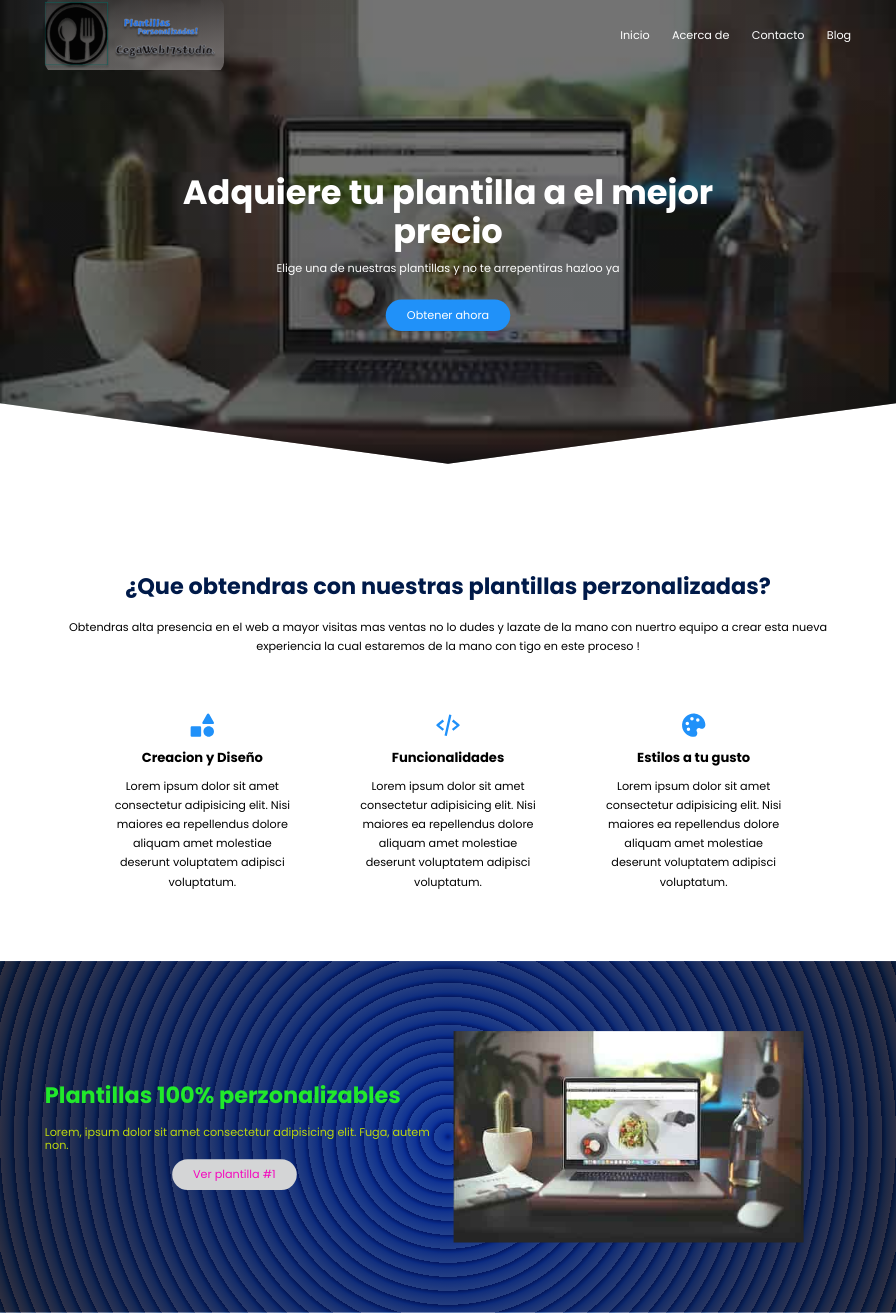
Repository: cega17/una-pagina-web
Page: index.html
These files come from the project's save history. The page is drawn as it stood at one moment and after the next save; the edit follows.
The browser window is 1280 px wide. The pictures show the whole page, at 70% of full size.
The pointer rests on the first visible `.cta__knowledge`.

Above is the page before, as saved 2023-10-30 10:14:22.

### index.html
<!DOCTYPE html>
<html lang="en">
<head>
    <meta charset="UTF-8">
    <meta http-equiv="X-UA-Compatible" content="IE=edge">
    <meta name="viewport" content="width=device-width, initial-scale=1.0">
    <title>Una pagina web</title>
    <link rel="stylesheet" href="./css/normalize.css">
    <link rel="stylesheet" href="./css/styles.css">
    <link rel="icon" href="./imgs/logo.ico">
    <meta name="theme-color" content="#2091F9">

    <meta name="title" content="Obten la plantilla para tu negocio">
    <meta name="description"
        content="Hola, somos un equipo de desarrollo web que verás cuando busques algo de mi temática en Google.">
        <meta property="og:type" content="website">
    <meta property="og:url" content="Tu cueta donde este alojada la pagina web">

</head>
<body>

    <header class="hero">
        <nav class="nav container">
            <div class="nav__logo">
                <img src="./imgs/logo.ico" alt="" class="nav__title">
            </div>

            <ul class="nav__link nav__link--menu">
                <li class="nav__items">Inicio</li>
                <li class="nav__items">Acerca de</li>
                <li class="nav__items">Contacto</li>
                <li class="nav__items">Blog</li>

                <img src="./imgs/close.svg" alt="" class="nav__close">

            </ul>
            <div class="nav__menu">
                <img src="./imgs/menu.svg" alt="" class="nav__img">
            </div>
        </nav>

        <section class="hero__container container">
            <h1 class="hero__title">Adquiere tu plantilla a el mejor precio</h1>
            <p class="hero__paragraph">Elige una de nuestras plantillas y no te arrepentiras hazloo ya</p>
            <a href="#" class="cta">Obtener ahora</a>

        </section>

    </header>

    <main>

        <section class="container about">
            <h2 class="subtitle">¿Que obtendras con nuestras plantillas perzonalizadas?</h2>

            <p class="about__paragraph">Obtendras alta presencia en el web a mayor visitas mas ventas no lo dudes y lazate de la mano con nuertro equipo a crear esta nueva experiencia la cual estaremos de la mano con tigo en este proceso !
            </p>

            <div class="about__main">

                <article class="about__icons">
                    <img src="./imgs/shapes.svg" alt="" class="about__icon">
                    <h3 class="about__title">Creacion y Diseño</h3>
                    <p class="about__paragraph">Lorem ipsum dolor sit amet consectetur adipisicing elit. Nisi maiores ea repellendus dolore aliquam amet molestiae deserunt voluptatem adipisci voluptatum.</p>
                </article>

                <article class="about__icons">
                    <img src="./imgs/code.svg" alt="" class="about__icon">
                    <h3 class="about__title">Funcionalidades</h3>
                    <p class="about__paragraph">Lorem ipsum dolor sit amet consectetur adipisicing elit. Nisi maiores ea repellendus dolore aliquam amet molestiae deserunt voluptatem adipisci voluptatum.</p>
                </article>

                <article class="about__icons">
                    <img src="./imgs/paint.svg" alt="" class="about__icon">
                    <h3 class="about__title">Estilos a tu gusto </h3>
                    <p class="about__paragraph">Lorem ipsum dolor sit amet consectetur adipisicing elit. Nisi maiores ea repellendus dolore aliquam amet molestiae deserunt voluptatem adipisci voluptatum.</p>
                </article>

            </div>
        </section>

        <section class="knowledge">
            <div class="knowledge__container container">
                <div class="knowledge__texts">
                    <h2 class="subtitle__knowledge">Plantillas 100% perzonalizables</h2>
                    <p class="knowledge__paragraph2">Lorem, ipsum dolor sit amet consectetur adipisicing elit. Fuga, autem non.</p>
                    <a href="" class="cta__knowledge">Ver plantilla #1</a>
                </div>
                <figure class="knowledge__picture">
                    <img src="./imgs/fondo-una-pagina.jpg" class="knowledge__img" alt="">
                </figure>
            </div>
        </section>


    </main>

</body>
</html>

### css/styles.css
@import url('https://fonts.googleapis.com/css2?family=Poppins:wght@300;400;600;700&display=swap');

:root {
    --padding-container: 100px 0;
    --color-title: #001A49;
}

body {
    font-family: 'Poppins', sans-serif;
}
.container{
    width: 90%;
    max-width: 1200px;
    margin: 0 auto;
    overflow: hidden;
    padding: var(--padding-container);
}

.hero{

    width: 100%;
    height: 100vh;
    min-height: 600px;
    max-height: 800px;
    position: relative;
    display: grid;
    grid-template-rows: 100px 1fr;
    color: #fff;
}

.hero::before{
    content: "";
    position: absolute;
    top: 0;
    left: 0;
    width: 100%;
    height: 100%;
    background-image: linear-gradient(180deg, #0000008c 0%, #0000008c 100%), url('../imgs/fondo-una-pagina.jpg');
    background-size: cover;
    clip-path: polygon(0 0, 100% 0, 100% 80%, 50% 92%, 0 80%);
    z-index: -1;
}

/* Inicio de nav*/

.nav{
    --padding-container:0;
    height: 100%;
    display:flex;
    align-items: center;
}
.nav__title{
    font-weight: 300;
}

.nav__link{
    margin-left: auto;
    padding: 0;
    display: grid;
    grid-auto-flow: column;
    grid-auto-columns: max-content;
    gap: 2em;
}
.nav__items{
    list-style: none;
}
.nav__links{
    color:#fff;
    text-decoration: none;
}
.nav__menu{
    margin-left: auto;
    cursor: pointer;
    display:none;
}
.nav__img{
    display: block;
    width: 30px;
}
.nav__close{
    display: var(--show, none);
}

/* fin de nav */

/* Inicio hero container */

.hero__container{
    max-width: 800px;
    --padding-container:0;
    display: grid;
    grid-auto-rows: max-content;
    align-content: center;
    gap: 1em;
    padding-bottom: 100px;
    text-align: center;
}
.nav__logo{
    background:linear-gradient(180deg, #4441418c 0%, #aeaaaa84 100%);
    border-radius:15px;


}
.hero__title{
    font-size: 3rem;

}
.hero__paragraph{
    margin-bottom: 20px;

}
.cta{
    display: inline-block;
    background-color: #2091f9;
    justify-self: center;
    color:#fff;
    text-decoration: none;
    padding:13px 30px ;
    border-radius: 32px;

}
.cta:hover{
    display: inline-block;
    background-color: #d4d5d6;
    justify-self: center;
    color:#f406bd;
    text-decoration: none;
    padding:13px 30px ;
    border-radius: 32px;
}

/* Inicio about */

.about{
    text-align: center;
}
.subtitle{
    color: var( --color-title);
    font-size: 2rem;
    margin-bottom: 25px;
}
.about__paragraph{
    line-height: 1.7;
}
.about__main{
    padding-top: 80px;
    display: grid;
    width: 90%;
    margin: 0 auto;
    gap: 1em;
    overflow: hidden;
    grid-template-columns: repeat(auto-fit, minmax(260px, auto));
}
.about__icons{
    display: grid;
    gap: 1em;
    justify-items: center;
    width: 260px;
    overflow: hidden;
    margin: 0 auto;
}
.about__icon{
    width: 40px;
}

/* Fin about */

/* Inicio knowledge */

.knowledge{
    background-color: #8383a1;
    background-image: radial-gradient(circle at center center, #3d86fc, #5a5a63), repeating-radial-gradient(circle at center center, #1e5fba, #44a9f7, 10px, transparent 20px, transparent 10px);
    background-blend-mode: multiply;
    overflow: hidden;
}

.knowledge__container{
    display: grid;
    grid-template-columns: 1fr 1fr;
    gap: 1em;
    align-items:center;


}
.subtitle__knowledge{
    color: rgb(33, 233, 43);

    font-size: 2rem;
    margin-bottom: 25px;
}
.knowledge__paragraph2{
    color: rgb(189, 216, 14);
    padding-bottom: 10px;
}
.knowledge__picture{
    max-width: 500px;
}
.knowledge__img{
    width: 100%;
    display: block;
}
.cta__knowledge{
    display: inline-block;
    background-color: #2091f9;
    justify-self: center;
    color:#fff;
    text-decoration: none;
    padding:13px 30px ;
    border-radius: 32px;
    margin-left: 32%;

}
.cta__knowledge:hover{
    display: inline-block;
    background-color: #d4d5d6;
    justify-self: center;
    color:#f406bd;
    text-decoration: none;
    padding:13px 30px ;
    border-radius: 32px;
}

### imgs/close.svg
<svg xmlns="http://www.w3.org/2000/svg" width="24" height="24" viewBox="0 0 24 24" style="fill: #fff);transform: ;msFilter:;"><path d="M12 2C6.486 2 2 6.486 2 12s4.486 10 10 10 10-4.486 10-10S17.514 2 12 2zm4.207 12.793-1.414 1.414L12 13.414l-2.793 2.793-1.414-1.414L10.586 12 7.793 9.207l1.414-1.414L12 10.586l2.793-2.793 1.414 1.414L13.414 12l2.793 2.793z"></path></svg>

### imgs/menu.svg
<svg xmlns="http://www.w3.org/2000/svg" width="24" height="24" viewBox="0 0 24 24" style="fill: #fff);transform: ;msFilter:;"><path d="M4 6h16v2H4zm4 5h12v2H8zm5 5h7v2h-7z"></path></svg>

### imgs/shapes.svg
<svg xmlns="http://www.w3.org/2000/svg" width="24" height="24" viewBox="0 0 24 24" style="fill: #2091f9;transform: ;msFilter:;"><path d="M17.867 2.504c-.355-.624-1.381-.623-1.736 0l-3.999 7A1 1 0 0 0 13 11h8a1.001 1.001 0 0 0 .868-1.496l-4.001-7zM3 22h7a1 1 0 0 0 1-1v-7a1 1 0 0 0-1-1H3a1 1 0 0 0-1 1v7a1 1 0 0 0 1 1zm14.5-9c-2.481 0-4.5 2.019-4.5 4.5s2.019 4.5 4.5 4.5 4.5-2.019 4.5-4.5-2.019-4.5-4.5-4.5z"></path></svg>

### imgs/code.svg
<svg xmlns="http://www.w3.org/2000/svg" width="24" height="24" viewBox="0 0 24 24" style="fill:  #2091f9;transform: ;msFilter:;"><path d="m7.375 16.781 1.25-1.562L4.601 12l4.024-3.219-1.25-1.562-5 4a1 1 0 0 0 0 1.562l5 4zm9.25-9.562-1.25 1.562L19.399 12l-4.024 3.219 1.25 1.562 5-4a1 1 0 0 0 0-1.562l-5-4zm-1.649-4.003-4 18-1.953-.434 4-18z"></path></svg>

### imgs/paint.svg
<svg xmlns="http://www.w3.org/2000/svg" width="24" height="24" viewBox="0 0 24 24" style="fill:  #2091f9;transform: ;msFilter:;"><path d="M9.38 21.646A9.985 9.985 0 0 0 12 22l.141-.001a2.998 2.998 0 0 0 2.515-1.425c.542-.876.6-1.953.153-2.88l-.198-.415c-.453-.942-.097-1.796.388-2.281.485-.485 1.341-.841 2.28-.388h.001l.413.199a2.99 2.99 0 0 0 2.881-.153A2.997 2.997 0 0 0 22 12.141a9.926 9.926 0 0 0-.353-2.76c-1.038-3.827-4.353-6.754-8.246-7.285-3.149-.427-6.241.602-8.471 2.833S1.666 10.247 2.096 13.4c.53 3.894 3.458 7.208 7.284 8.246zM15.5 6a1.5 1.5 0 1 1 0 3 1.5 1.5 0 0 1 0-3zm-5-1a1.5 1.5 0 1 1 0 3 1.5 1.5 0 0 1 0-3zM9 15.506a1.5 1.5 0 1 1-3 0 1.5 1.5 0 0 1 3 0zm-2.5-6.5a1.5 1.5 0 1 1-.001 3.001A1.5 1.5 0 0 1 6.5 9.006z"></path></svg>

Loaded but not shown: css/normalize.css (library)

After the next save:
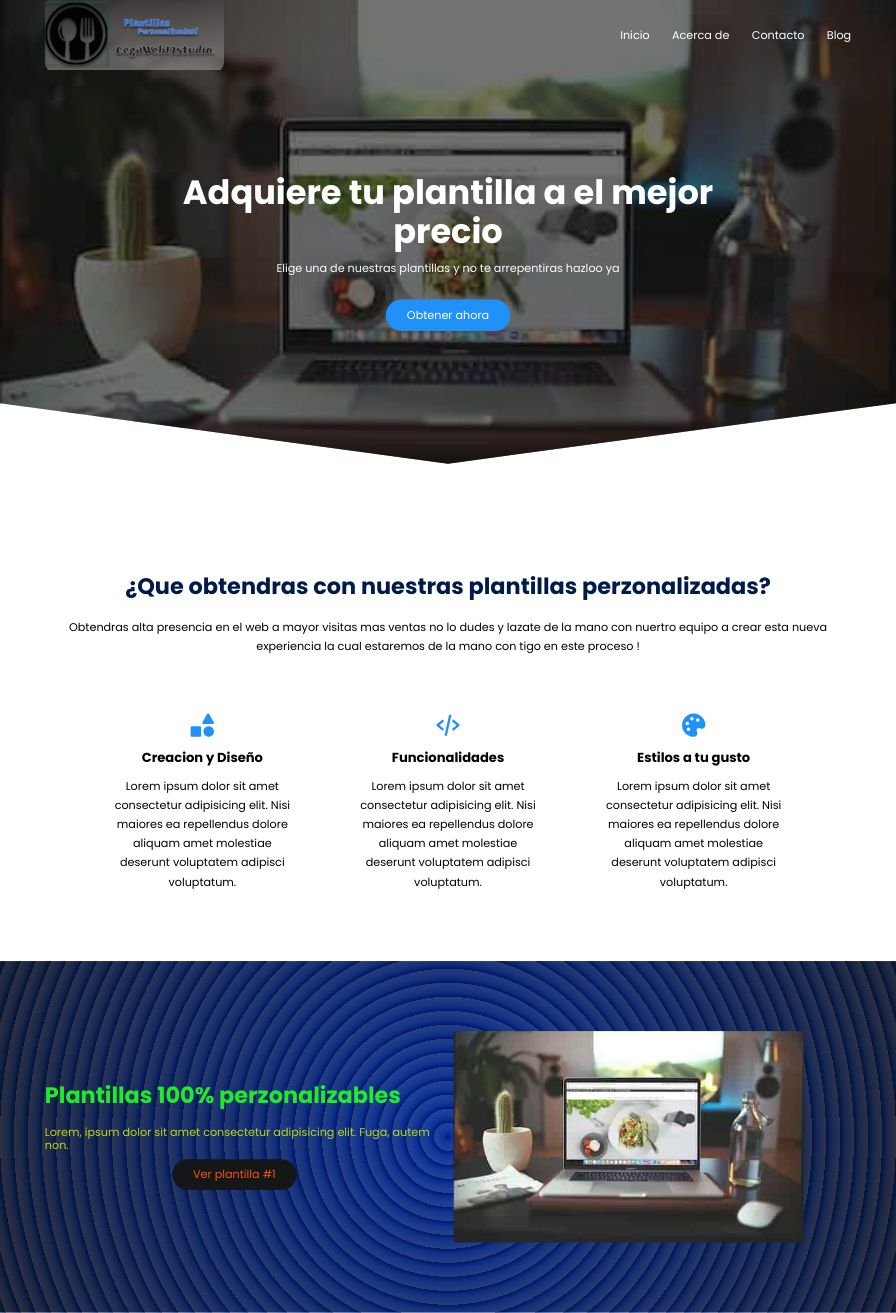
Saved 29 s later.
--- a/css/styles.css
+++ b/css/styles.css
@@ -212,10 +212,10 @@ body {
 }
 .cta__knowledge:hover{
     display: inline-block;
-    background-color: #d4d5d6;
-    justify-self: center;
-    color:#f406bd;
-    text-decoration: none;
-    padding:13px 30px ;
-    border-radius: 32px;
-}
+    background-color: #151617;
+    justify-self: center;
+    color:#f45506;
+    text-decoration: none;
+    padding:13px 30px ;
+    border-radius: 32px;
+}
